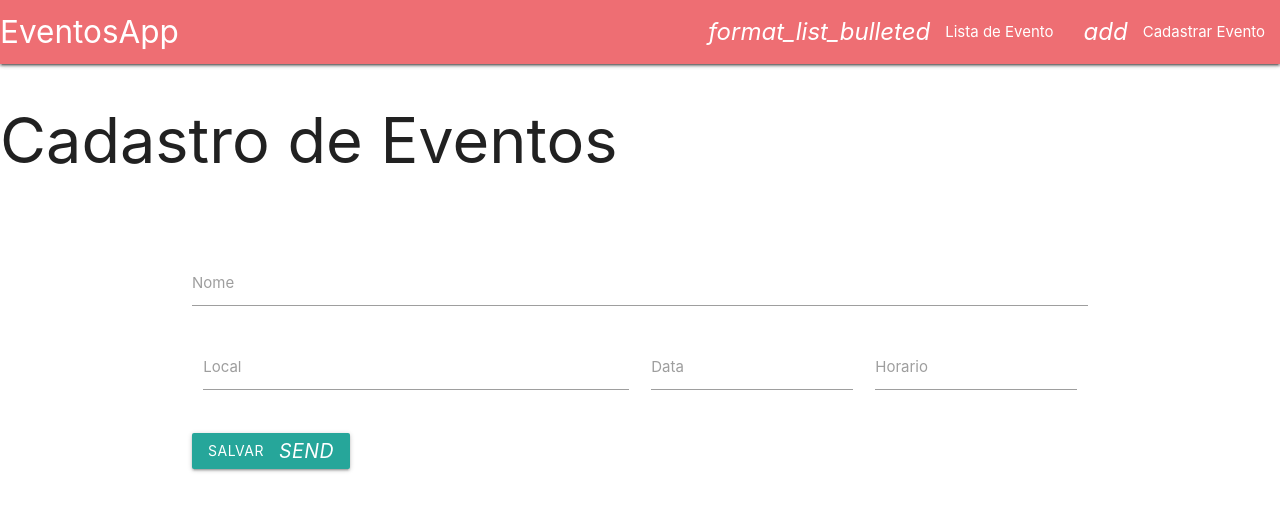
Repository: CaioCoutodePrograma/Eventosapp
Page: http://localhost/evento/formEvento
The author's editor kept a copy of each file at every save. The page is drawn from the files as they stood at one save, then again after a run of saves.
The browser window is 1280 px wide. The pictures show the whole page.
The page is this project's Thymeleaf template; nobody is signed in. The template is opened directly, without the code that normally fills it, so the values that code supplies are empty.

Above is the page before, as saved 2020-03-02 23:14:22.

### eventoapp/eventoapp/src/main/resources/templates/evento/formEvento.html
<!DOCTYPE html>
<html xmlns:th="http://thymeleaf.org"
	xmlns:layout="http://www.ultraq.net.nz/thymeleaf/layout">
<head>
<title>EventosApp</title>
<!--Import Google Icon Font-->
<link href="https://fonts.googleapis.com/icon?family=Material+Icons"
	rel="stylesheet" />
<!--Import materialize.css-->
<link type="text/css" rel="stylesheet"
	href="materialize/css/materialize.min.css" media="screen,projection" />


<!--Let browser know website is optimized for mobile-->
<meta name="viewport" content="width=device-width, initial-scale=1.0" />
</head>
<body>
	<header>
		<nav>
			<div class="navbar-fixed">
				<nav>
					<div class="nav-wrapper">
						<a href="#!" class="brand-logo">EventosApp</a>
						<ul class="right hide-on-med-and-down">
							<li><a href="/eventos"><i class="material-icons left">format_list_bulleted</i>Lista
									de Evento</a></li>
							<li><a href="/cadastrarEvento"><i
									class="material-icons left">add</i>Cadastrar Evento</a></li>
						</ul>
					</div>
				</nav>
			</div>
		</nav>
	</header>
	<h1>Cadastro de Eventos</h1>
	<br>
	<br>
	<form class="container" method="post">
		<div class="input-field">
			<input class="validate" id="nome" type="text" value="" name="nome"
				required="required"> <label for="nome">Nome</label>
		</div>
		<div class="row">
			<div class="input-field col s6">
				<input id="local" type="text" value="" name="local"
					required="required"> <label for="local">Local</label>
			</div>
			<div class="input-field col s3">
				<input id="data" type="text" class="datepicker" value="" name="data"
					required="required"> <label for="data">Data</label>
			</div>
			<div class="input-field col s3">
				<input id="horario" type="text" value="" name="horario"
					required="required"> <label for="horario">Horario</label>
			</div>

		</div>
		<button class="btn waves-effect waves-light" type="submit"
			name="action">
			Salvar <i class="material-icons right">send</i>
		</button>
	</form>




	<!--JavaScript at end of body for optimized loading-->
	<script type="text/javascript" src="materialize/js/materialize.min.js"></script>

</body>
</html>

Loaded but not shown: eventoapp/eventoapp/src/main/resources/static/materialize/css/materialize.min.css (library); eventoapp/eventoapp/src/main/resources/static/materialize/js/materialize.min.js (library)

After the next 2 saves:
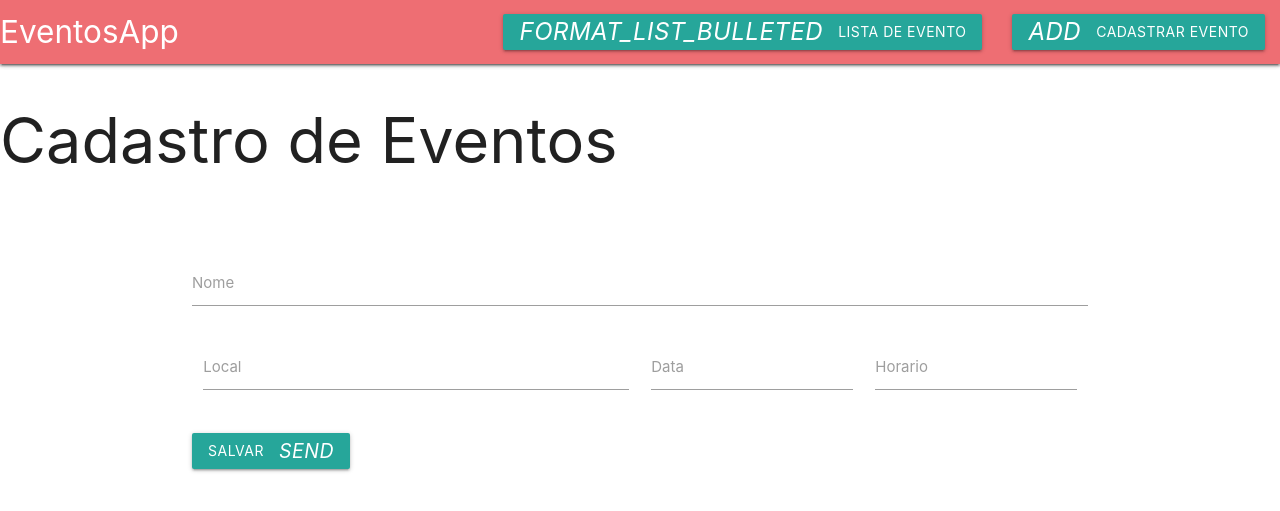
The 2 saves are shown as one change because they came seconds apart.
The last was saved 13 s later.
--- a/eventoapp/eventoapp/src/main/resources/templates/evento/formEvento.html
+++ b/eventoapp/eventoapp/src/main/resources/templates/evento/formEvento.html
@@ -22,9 +22,9 @@
 					<div class="nav-wrapper">
 						<a href="#!" class="brand-logo">EventosApp</a>
 						<ul class="right hide-on-med-and-down">
-							<li><a href="/eventos"><i class="material-icons left">format_list_bulleted</i>Lista
+							<li><a class="waves-effect waves-light btn" href="/eventos"><i class="material-icons left">format_list_bulleted</i>Lista
 									de Evento</a></li>
-							<li><a href="/cadastrarEvento"><i
+							<li><a class="waves-effect waves-light btn" href="/cadastrarEvento"><i
 									class="material-icons left">add</i>Cadastrar Evento</a></li>
 						</ul>
 					</div>
